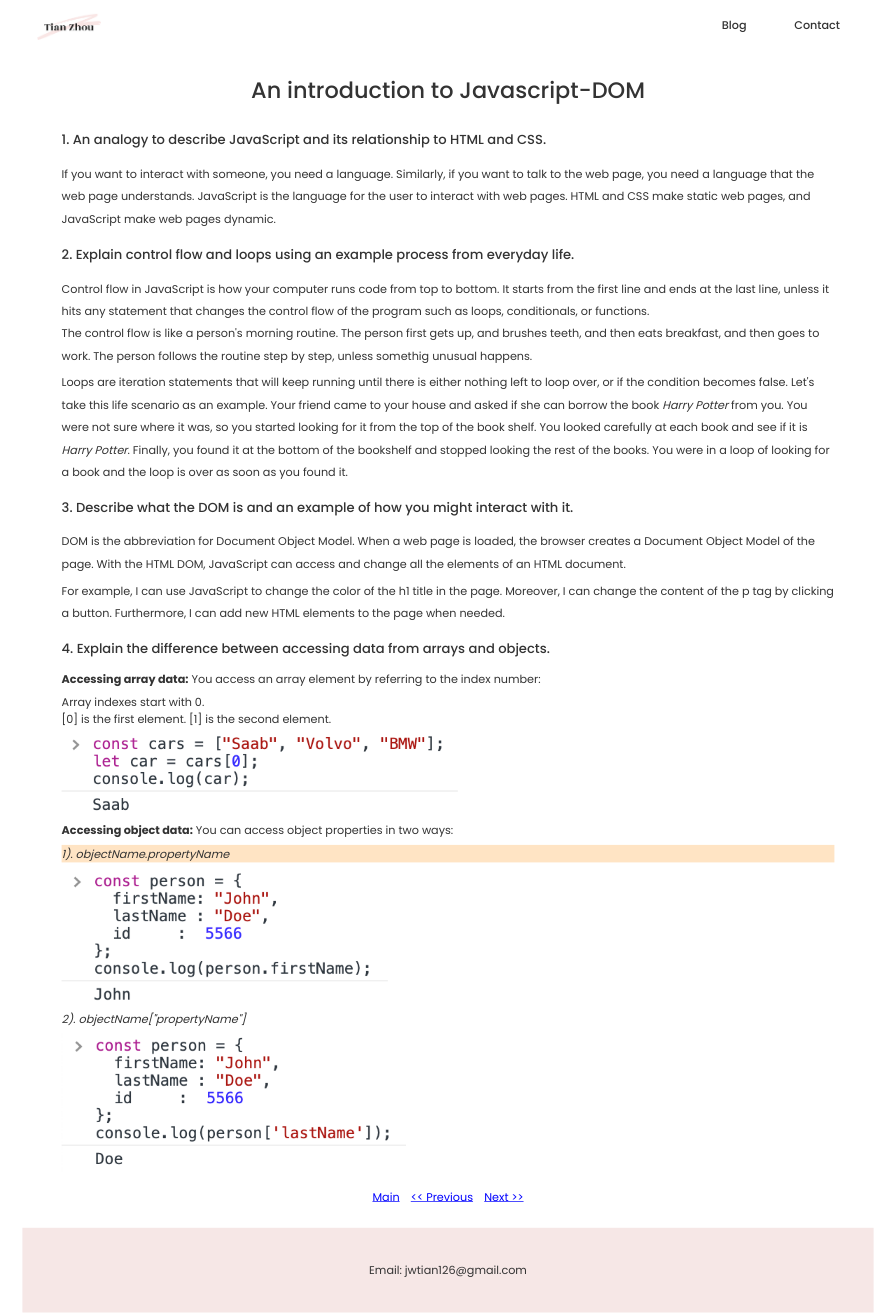
Repository: Tiaanz/Tiaanz.github.io
Page: blog/javascript-dom.html
The author's editor kept a copy of each file at every save. The page is drawn from the files as they stood at one save, then again after a run of saves.
The browser window is 1280 px wide. The pictures show the whole page, at 70% of full size.

Above is the page before, as saved 2023-01-25 16:52:34.

After the next 4 saves:
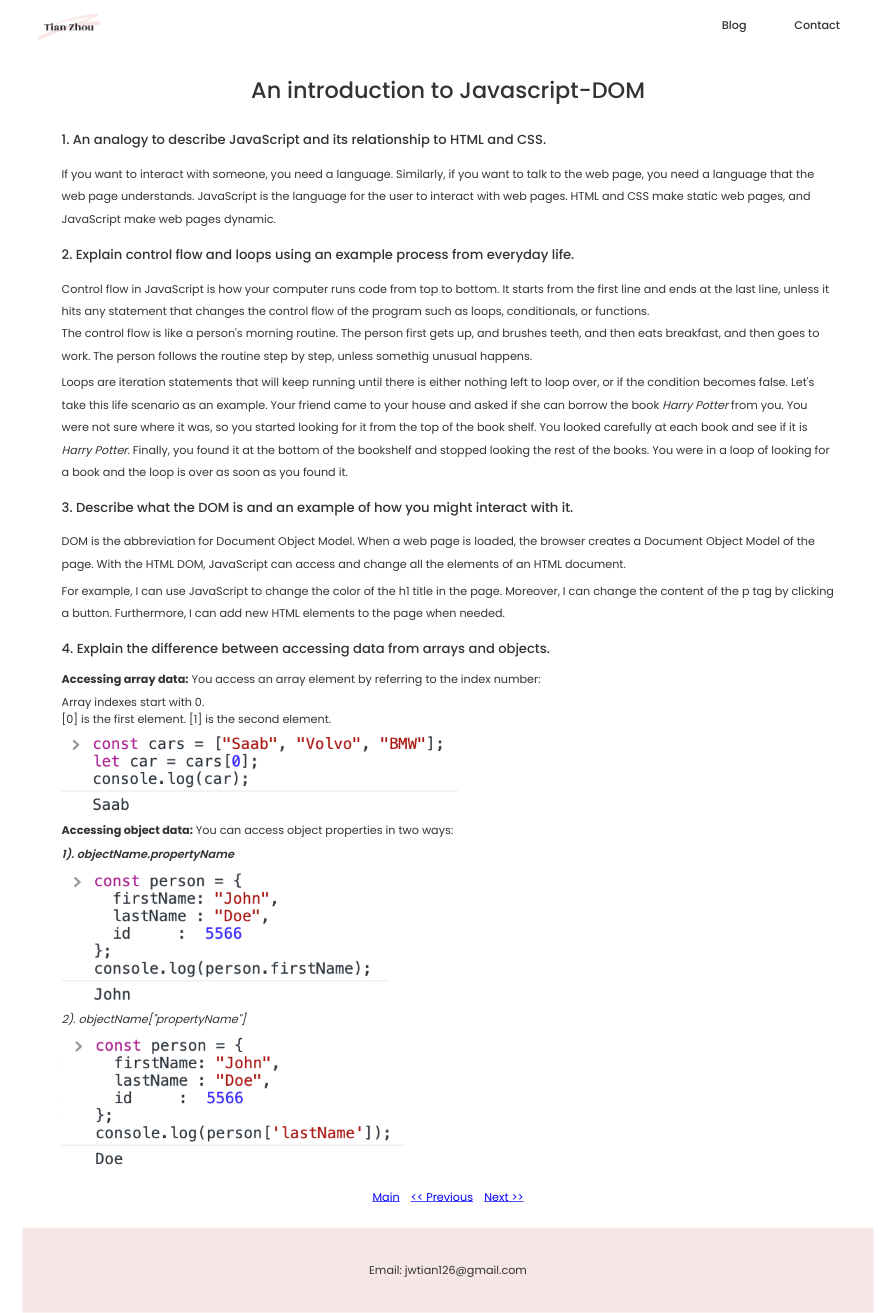
The 4 saves are shown as one change because they came seconds apart.
The last was saved 34 s later.
--- a/blog/javascript-dom.html
+++ b/blog/javascript-dom.html
@@ -63,7 +63,7 @@
                     [0] is the first element. [1] is the second element.</li>
                 <li><img src="../images/array.png" alt="array"></li>
                 <li><b>Accessing object data:</b> You can access object properties in two ways: </li>
-                <li style="background-color: bisque;"><i>1). objectName.propertyName</i></li>
+                <li style="font-weight: 600;"><i>1). objectName.propertyName</i></li>
                 <li><img src="../images/object1.png" alt="object"></li>
                 <li><i>2). objectName["propertyName"]</i></li>
                 <li><img src="../images/object2.png" alt="object"></li>
